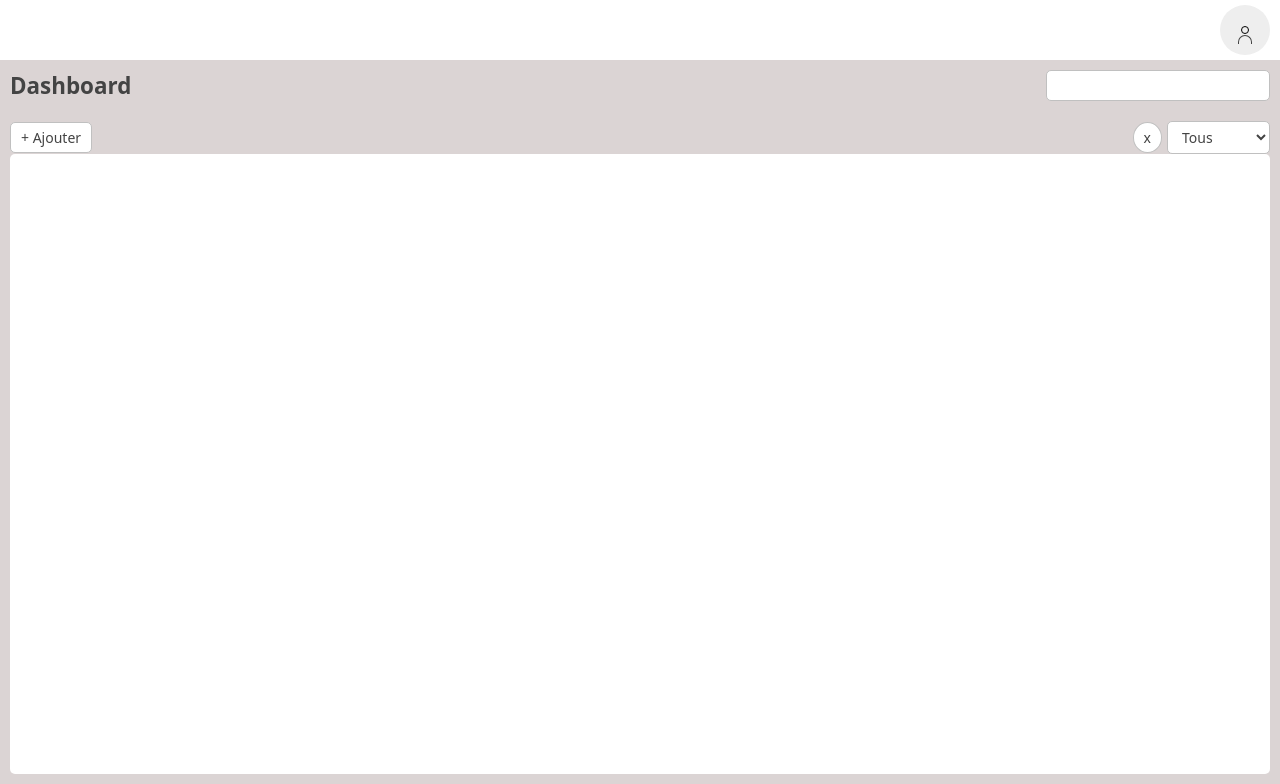
Repository: zpaulange/task_manager
Page: dashboard/index.html
These files come from the project's save history. The page is drawn as it stood at one moment and after the next save; the edit follows.
The browser window is 1280 px wide. The pictures show the whole page.

Above is the page before, as saved 2025-03-06 15:02:18.

### dashboard/index.html
<!DOCTYPE html>
<html lang="en">
<head>
    <meta charset="UTF-8">
    <meta name="viewport" content="width=device-width, initial-scale=1.0">
    <link rel="stylesheet" href="../assets/styles/dashboard/style.css">
    <title>Document</title>
</head>
<body>
  <section class="dashboard">
    <div class="dashboard_right">
      <nav class="dashbaord_nav">
        <a href="#" class="dashbaord_nav_avatar">
          <span></span>
        </a>
      </nav>
      <main class="main">
        <div class="main_header">
          <h1 class="main_header_title">Dashboard</h1>
          <input type="search" name="search" class=" main_header_search">
        </div>
        <div class="main_header_actions">
          <div class="main_header_actions_left">
            <button class="main_header_actions_btn">+ Ajouter</button>
          </div>
          <div class="main_header_actions_right">
            <button class="main_header_actions_right_btnDel">x</button>
            <select name="filter" class="main_header_actions_right_filter" id="">
              <option value="0">Tous</option>
              <option value="1">En cours</option>
              <option value="2">Annulés</option>
              <option value="3">Terminés</option>
            </select>
          </div>
        </div>
        <section class="box box-center">

        </section>
      </main>
    </div>
  </section>

</body>
</html>

### assets/styles/dashboard/style.css
*{
  margin:0;
  padding:0;
  box-sizing: border-box;
  position:relative;
  font-family: system-ui, sans-serif;
  font-size: 14px;
  color:#434343;
}
body{
  overflow-x: hidden;
}
a{
  text-decoration: none;
}
a:active, a:hover{
  color:#434343;
}
img{
  width: 100%;
  height: auto;
}
ul li{
  list-style: none;
}
input[type="search"],
input[type="text"],
input[type="date"]{
  padding:5px 10px;
  border-radius:5px;
  border:1px solid silver
}
input:focus, select:focus{
  outline: none;
}

.dashboard{
  min-height: 100vh;
  background-color: #dbd4d4;
}

.dashboard_right{
  min-height: 100vh;
}
.dashbaord_nav{
  background-color: #fff;
  padding:5px 10px;
  display: flex;
  align-items:center;
  justify-content: flex-end;
  z-index: 1000;
  position: sticky;
  top:0;
  left:0;
}
.dashbaord_nav_avatar{
  display: flex;
  align-items: center;
  justify-content: center;
  height:50px;
  width: 50px;
  border-radius:50%;
  background-color: #eee;

}
.dashbaord_nav_avatar span{
  display: inline-block;
  height: 8px;
  width: 8px;
  border-radius:50%;
  border:1px solid #000
}
.dashbaord_nav_avatar span:before{
  content:'';
  position: absolute;
  height: 8px;
  width: 12px;
  border:1px solid;
  left:50%;
  transform: translateX(-50%);
  top:8px;
  border-bottom: none;
  border-top-left-radius: 10px;
  border-top-right-radius: 10px;
}

.main{
  padding:10px;
}
.main_header_title{
  font-size: 1.6rem;
}
.box{
  min-height: calc(100vh - 100px);
  background-color: #fff;
  border-radius:5px;
  padding:10px;
}
.box.box-center{
  display: flex;
  align-items:center;
  justify-content: center;
}

.main_header{
  display: flex;
  justify-content: space-between;
  align-items:center;
  margin-bottom:20px;
}
.main_header_actions{
  display: flex;
  justify-content: space-between;
  align-items:center;
}
.main_header_actions_btn{
  padding:5px 10px;
  border-radius:5px;
  border:1px solid silver;
  background-color: #fff;
  cursor: pointer;
  transition: .2s;
}
.main_header_actions_btn:hover{
  background-color:blue;
  color:#fff;
}
.main_header_actions_right{
  display: flex;
  align-items:center;
  gap:5px;
}
.main_header_actions_right_btnDel{
  padding:5px 10px;
  border-radius:50%;
  border:1px solid silver;
  background-color: #fff;
  cursor: pointer;
  transition: .2s;
  cursor:pointer;
}
.main_header_actions_right_btnDel:hover{
  background-color:red;
  color:#fff;
}
.main_header_actions_right_filter{
  padding:5px 10px;
  border-radius:5px;
  border:1px solid silver;
  background-color: #fff;
}

After the next save:
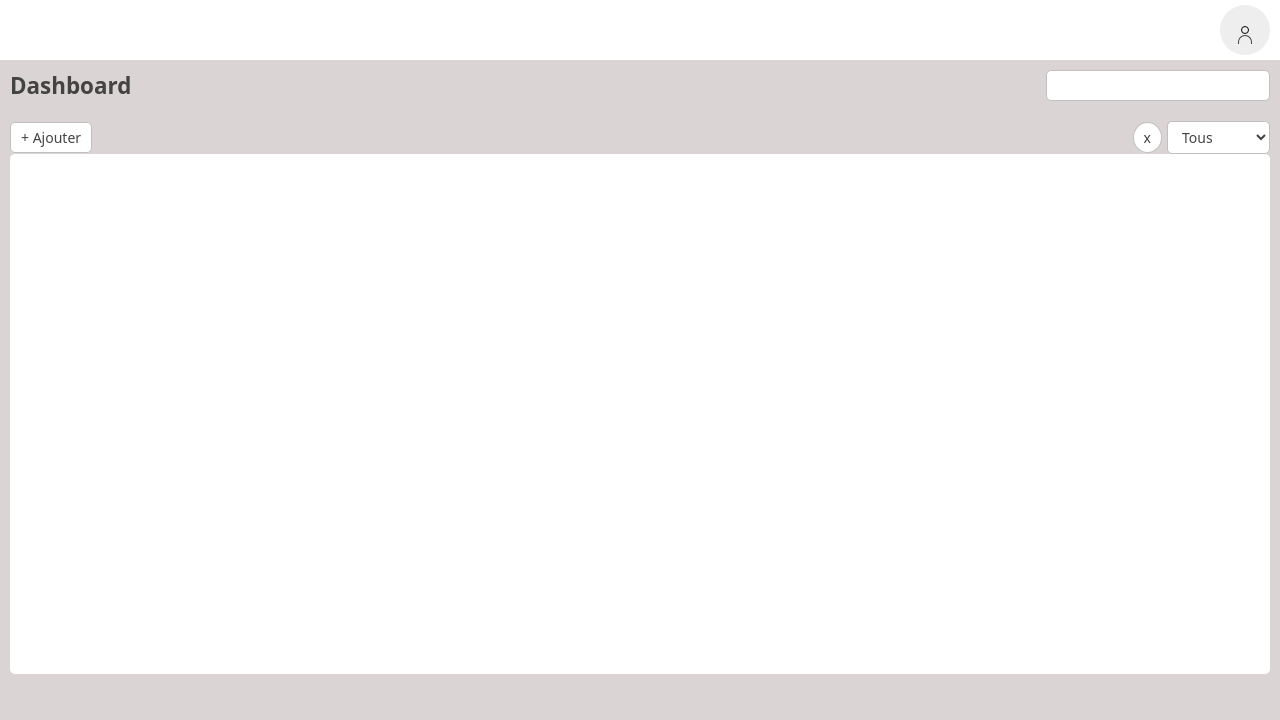
Saved 24 s later.
--- a/assets/styles/dashboard/style.css
+++ b/assets/styles/dashboard/style.css
@@ -91,7 +91,7 @@ input:focus, select:focus{
   font-size: 1.6rem;
 }
 .box{
-  min-height: calc(100vh - 100px);
+  min-height: calc(100vh - 200px);
   background-color: #fff;
   border-radius:5px;
   padding:10px;
